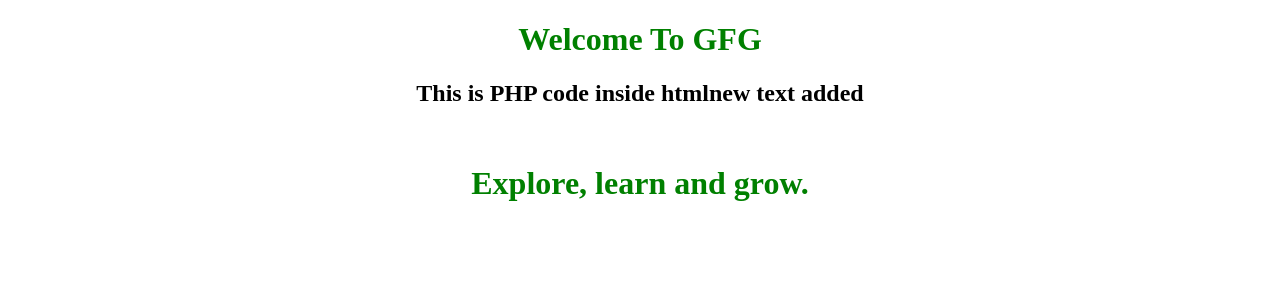
Repository: anish9914/phpprojectgh
Page: http://localhost/exsample1.php
An editor plug-in stored every save of this project. The page is shown before and after the next save, followed by the edit.
The browser window is 1280 px wide. The pictures show the whole page.
The page is run by PHP 8.4 with error messages shown; the project is at /var/www/html/.

Above is the page before, as saved 2022-12-14 11:11:27.

### exsample1.php
<!DOCTYPE html>
<html>

<head>
    <style>
        h1 {
            color: green;
        }
    </style>
</head>

<body>
    <center>
        <h1>Welcome To GFG</h1>

        <h2>
            <?php
            echo "This is PHP code inside html";
            echo "new text added<br>";


            ?>
        </h2>
        <h1
        <br><br>
        <?php
        echo 'Explore, learn and grow.'
        ?>
        </p>
    </center>
</body>

</html>

After the next save:
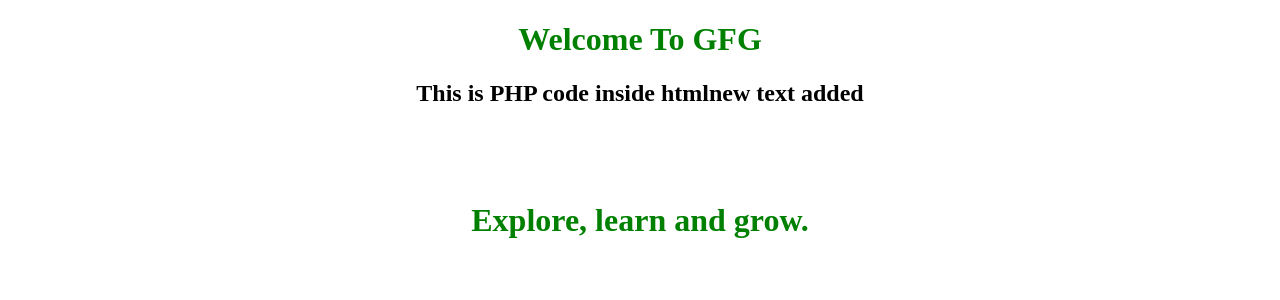
Saved 5 s later.
--- a/exsample1.php
+++ b/exsample1.php
@@ -21,7 +21,7 @@
 
             ?>
         </h2>
-        <h1
+        <h1>
         <br><br>
         <?php
         echo 'Explore, learn and grow.'
